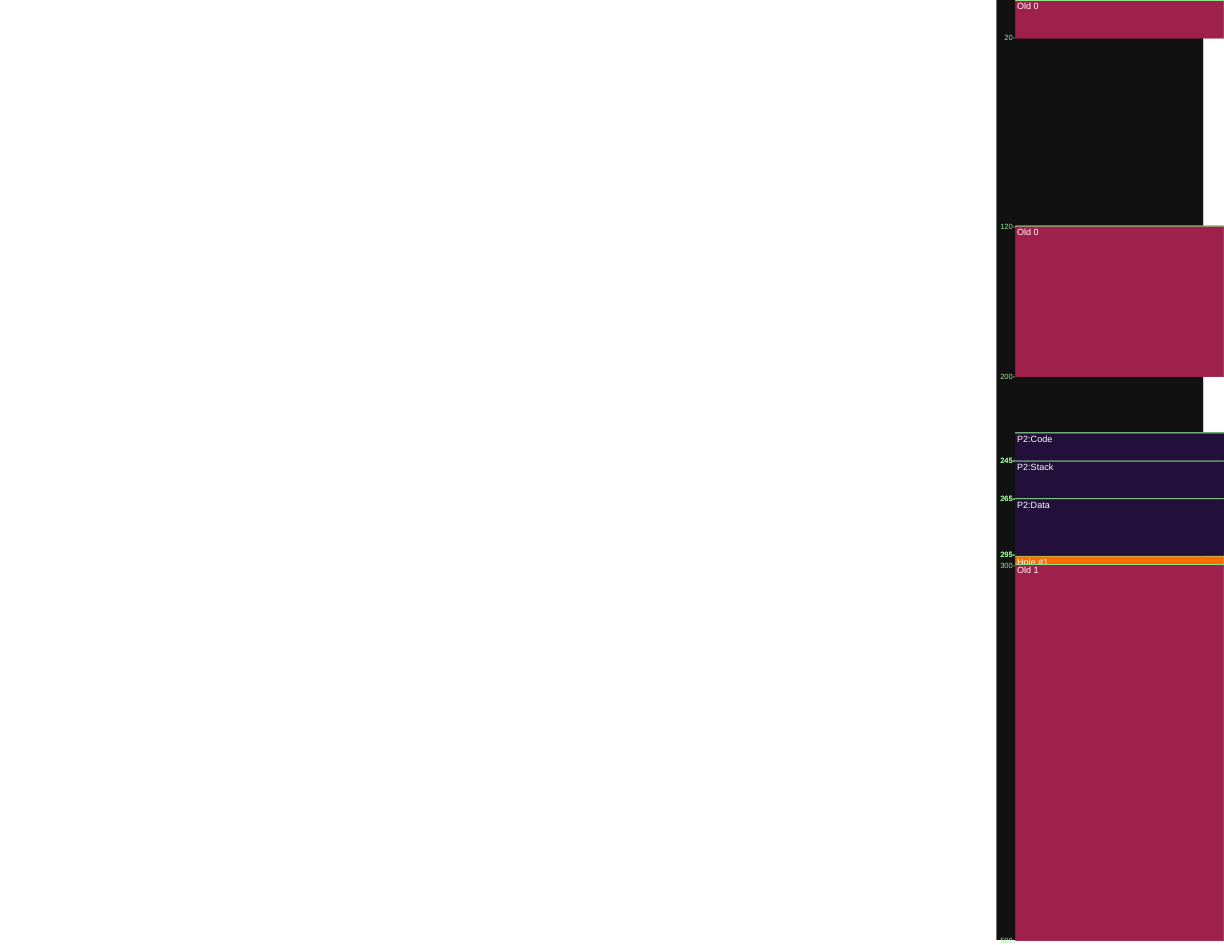
Repository: atout811/memory-allocation-project
Page: /#/final
These files come from the project's save history. The page is drawn as it stood at one moment and after the next save; the edit follows.
The browser window is 1280 px wide. The page is 1302 px wide, so the pictures cover 1302 px, including what lies to the right of the window. The pictures show the whole page, at 94% of full size.
The project was rebuilt for these pictures with package versions that can differ from the ones it lists, and the page was loaded fresh each time. Also part of the build but not shown: src/views/MemoryAndHoles.vue, src/views/Process.vue, src/views/Methods.vue.

Above is the page before, as saved 2021-06-09 22:51:36.

After the next save:
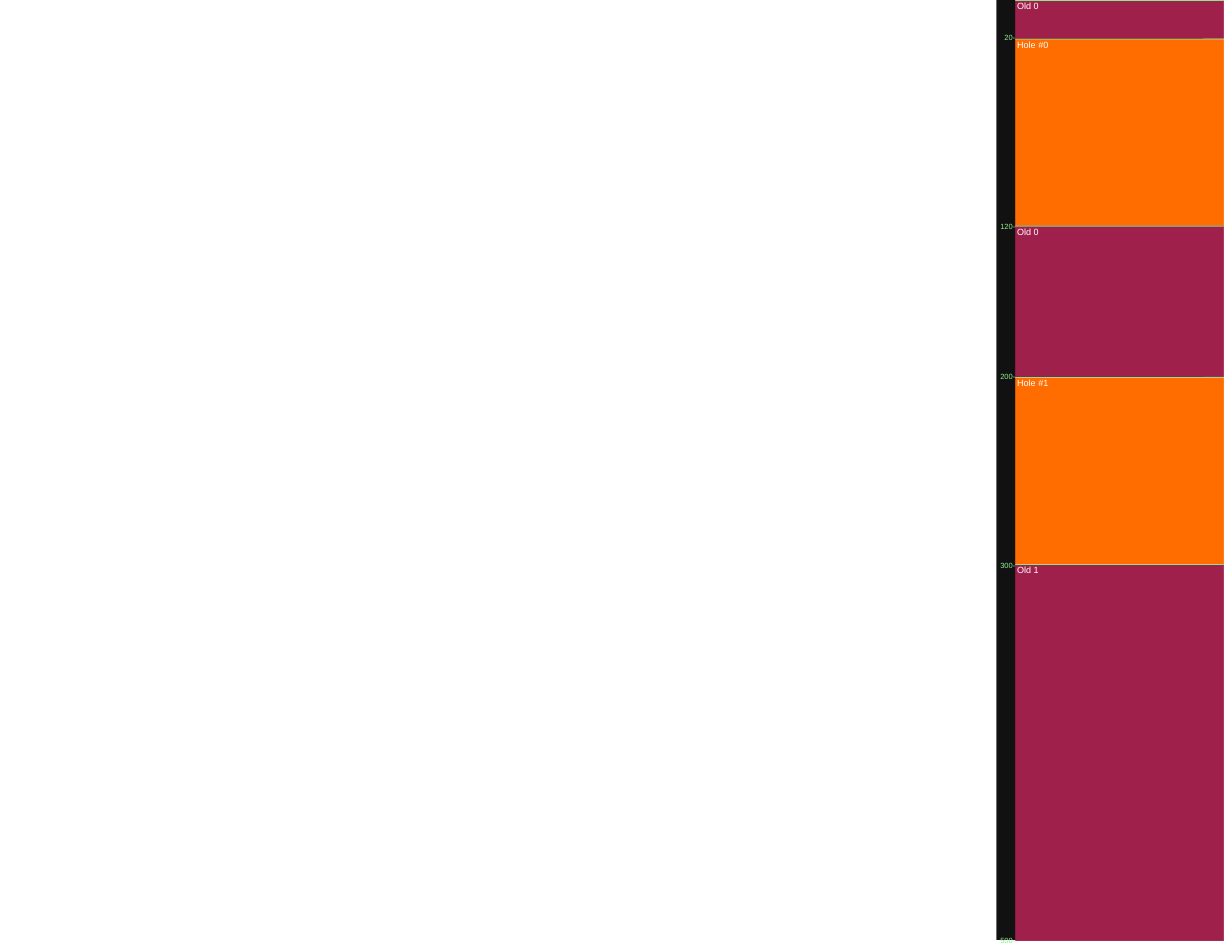
Saved 34 min 24 s later.
--- a/src/views/Final.vue
+++ b/src/views/Final.vue
@@ -34,7 +34,7 @@
     let test = data.Processes.map((item) => [
       null,
       item.segments.forEach((el) => {
-        obj[el.name] = [Number(el.size)];
+        Object()[el.name] = [Number(el.size)];
       }),
       item.name,
     ]);

After the 3 saves that followed:
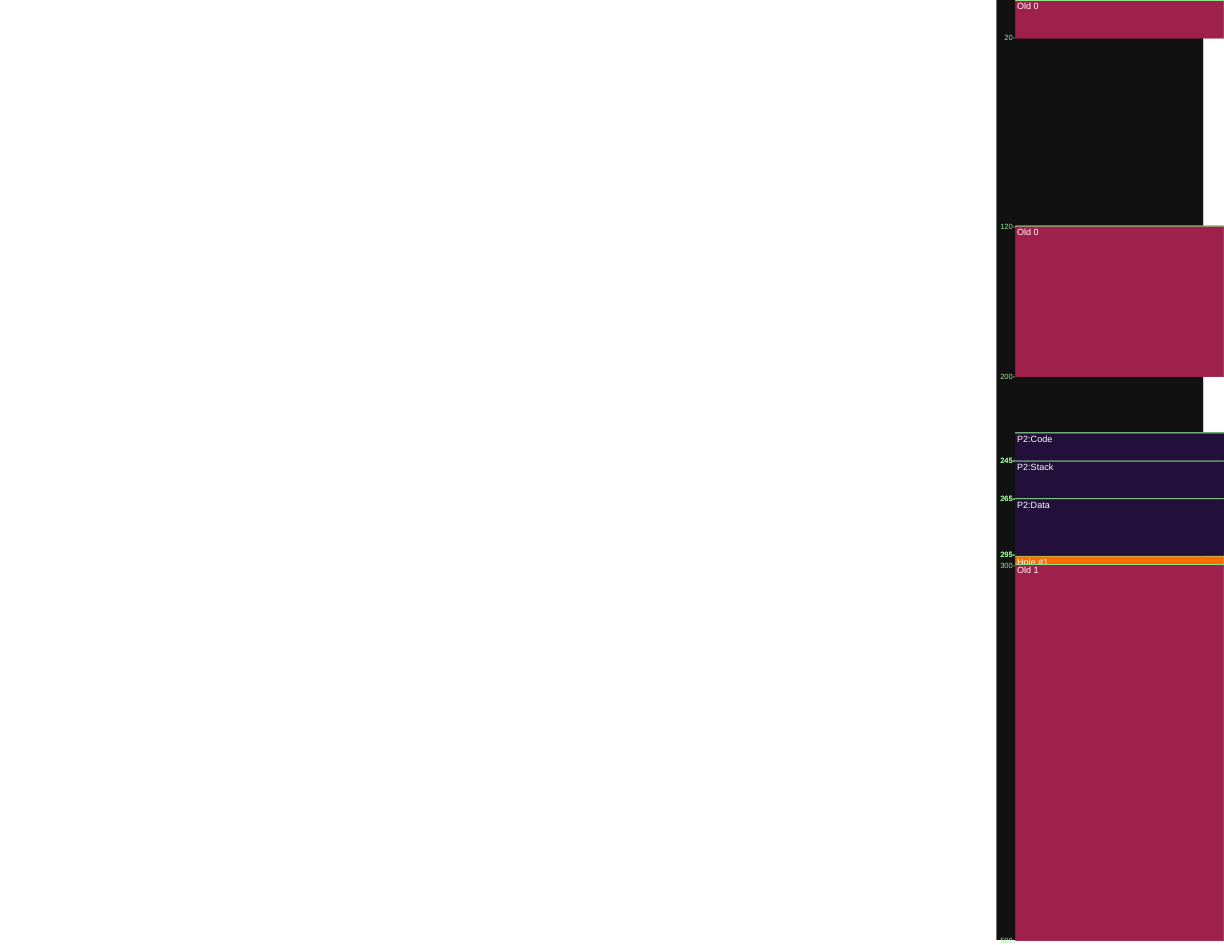
The 3 saves are shown as one change because 1 did not build or start and 1 left the picture as it was.
The last was saved 4 min 37 s later.
--- a/src/views/Final.vue
+++ b/src/views/Final.vue
@@ -34,7 +34,7 @@
     let test = data.Processes.map((item) => [
       null,
       item.segments.forEach((el) => {
-        Object()[el.name] = [Number(el.size)];
+        obj[el.name] = [Number(el.size)];
       }),
       item.name,
     ]);
@@ -45,7 +45,7 @@
     //   [null, { code: [10], data: [40], stack: [18] }, "p2"],
     //   [null, { code: [12], data: [10], stack: [12] }, "p4"],
     // ]; //start,size,name
-    console.log("prooooooooooocess: ", processes);
+    console.log("prooooooooooocess: ", obj);
     let OldProcess = [];
 
     function generateOldProcess() {
